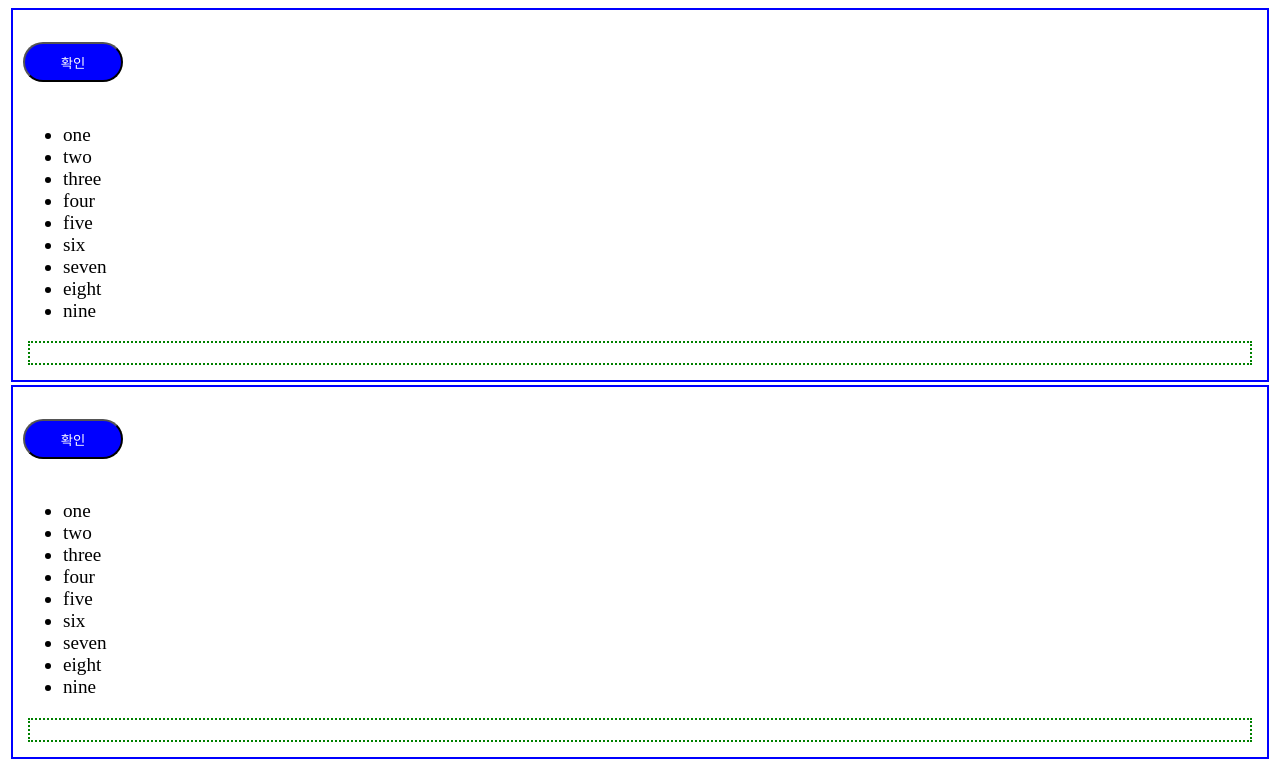
Repository: patternlobe-stack/MY_repository
Page: webpro/src/main/webapp/0915/기본필터.html
An editor plug-in stored every save of this project. The page is shown before and after the next save, followed by the edit.
The browser window is 1280 px wide. The pictures show the whole page.
After loading, the first visible `#btn2` was clicked once.

Above is the page before, as saved 2025-09-15 07:07:36.

After the next save:
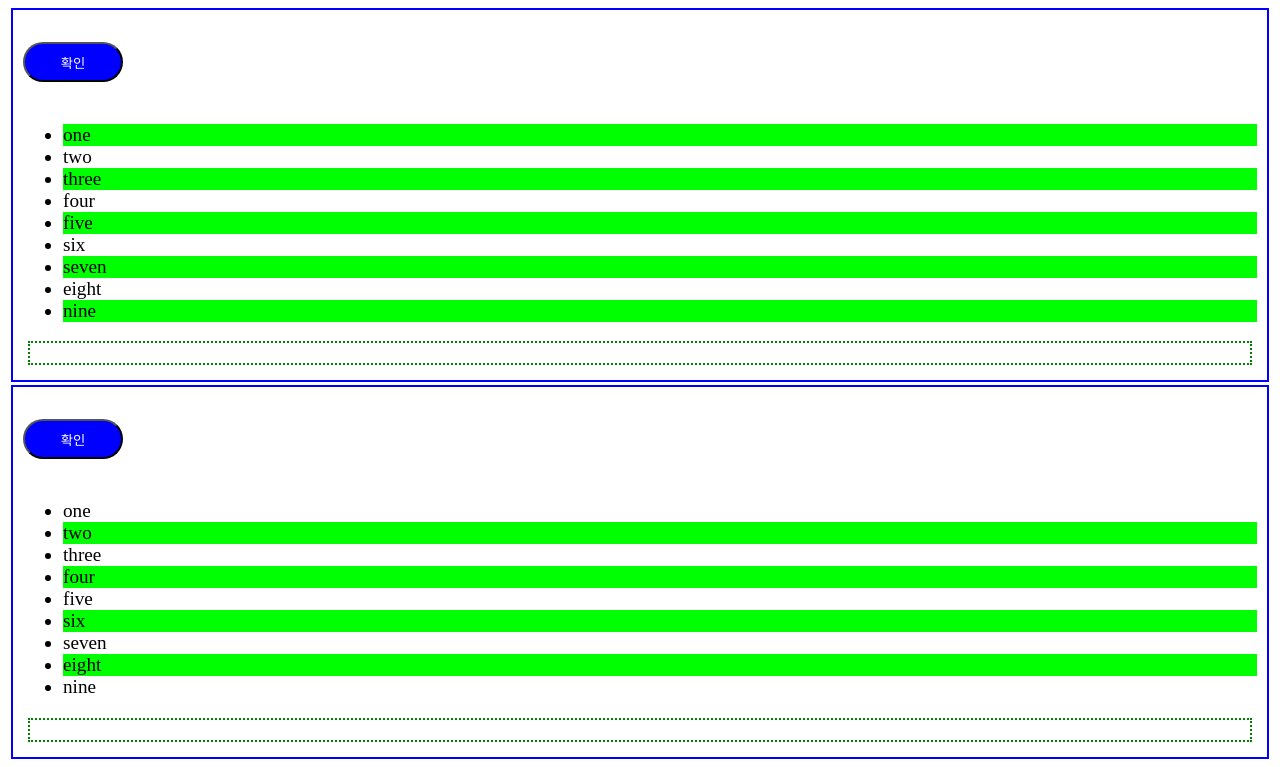
Saved 80 s later.
--- a/webpro/src/main/webapp/0915/기본필터.html
+++ b/webpro/src/main/webapp/0915/기본필터.html
@@ -29,6 +29,7 @@ $( () =>{
 
 	 $('#btn2').on('click', ()=>{
 
+		 $('li:even').css('background','lime');
 
 
 	 })
